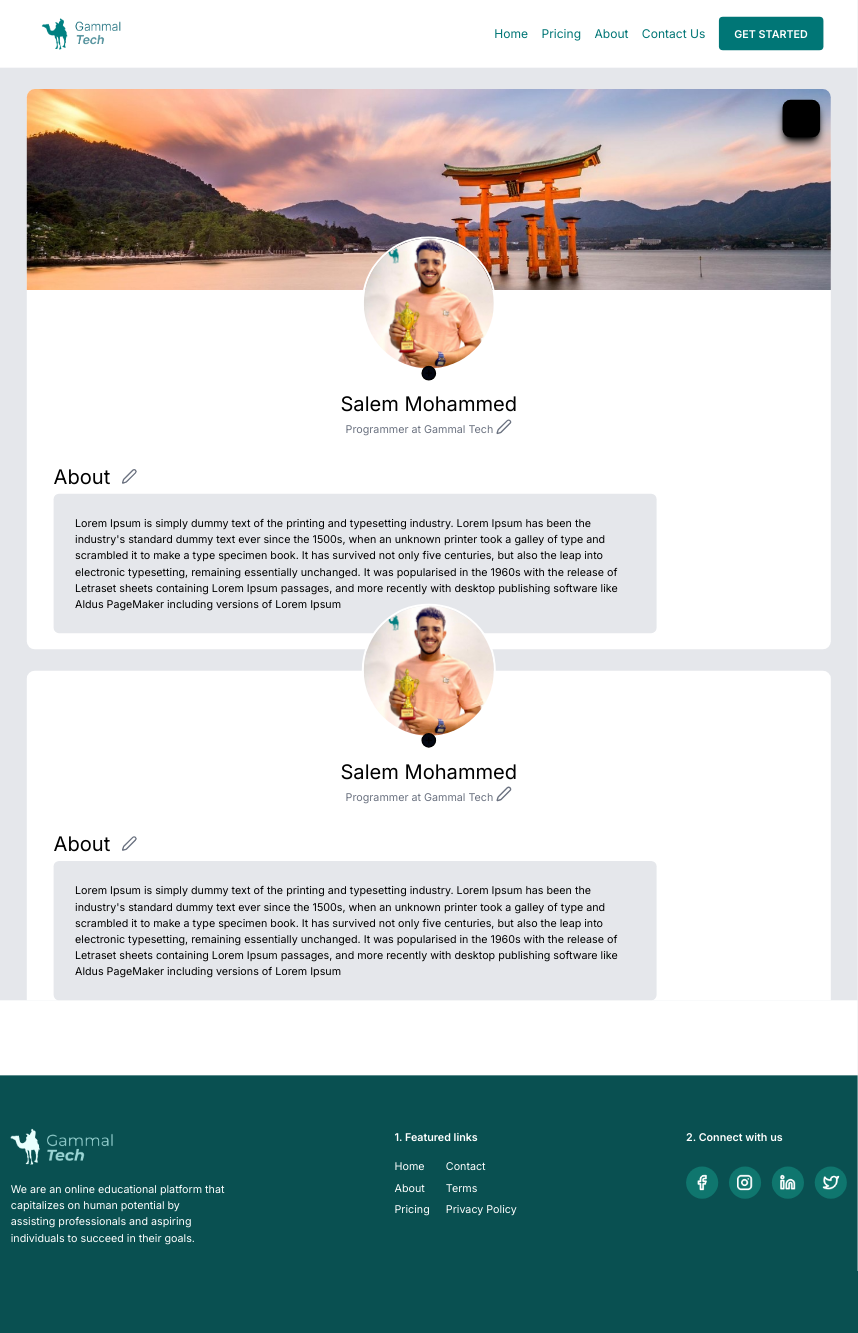
Repository: Ahmed77669/Internship-test
Page: /profile
These files come from the project's save history. The page is drawn as it stood at one moment and after the next save; the edit follows.
The browser window is 1280 px wide. The pictures show the whole page, at 67% of full size.
The page's requests for data from a server got no answer. The project was rebuilt for these pictures with package versions that can differ from the ones it lists, and the page was loaded fresh each time. The framework's server and built-in components were replaced by stand-ins that run in the browser. No one was signed in, and anything a server would have sent is missing. Also part of the build but not shown: next.config.mjs, components/Header/NavBarAuth.tsx.

Above is the page before, as saved 2024-10-25 20:13:08.

After the next save:
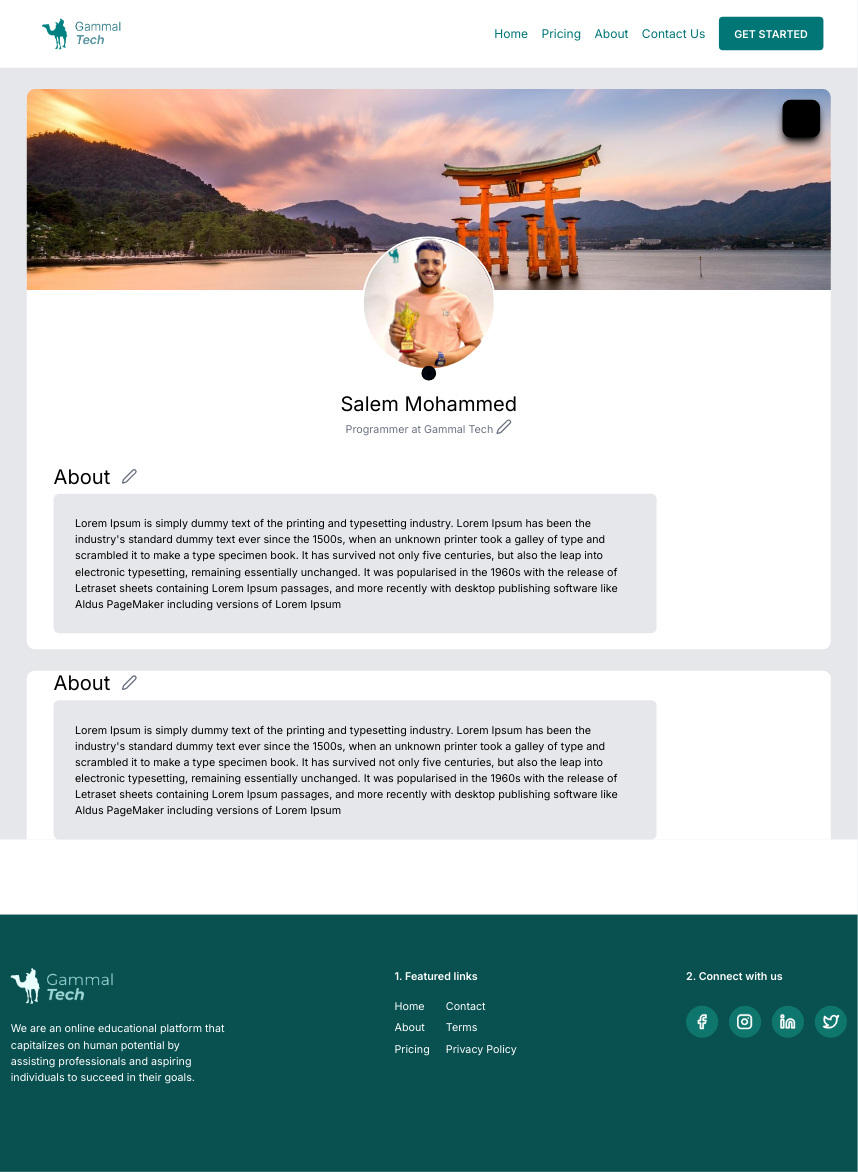
Saved 24 s later.
--- a/components/Profile/Profile.tsx
+++ b/components/Profile/Profile.tsx
@@ -70,30 +70,6 @@ const Profile = () => {
       <div className="flex justify-center container mx-auto">
         <div className="w-[1200px]  bg-white rounded-t-xl mt-8">
 
-
-          <div className="flex flex-col items-center -mt-[100px] mb-10">
-            <Image
-              src={selectedImage}
-              alt="Profile Avatar"
-              width={200}
-              height={200}
-              style={{
-                width: "200px",
-                height: "200px",
-                borderRadius: "300px",
-                objectFit: "cover",
-                border: "3px white solid",
-              }}
-            />
-            <PlusCircle className="relative -inset-y-2 fill-gray-950 " />
-            <p className="text-black text-3xl mt-2">Salem Mohammed</p>
-            <div className="flex">
-              <p className="text-gray-500 text-[16px] mt-2 mr-1">
-                Programmer at Gammal Tech
-              </p>
-              <Pen className="text-lg mt-1 text-gray-500 cursor-pointer" />
-            </div>
-          </div>
           <div className="flex">
             <div className="text-black text-3xl ml-10 mr-4 mb-2">About</div>
             <Pen className="text-lg mt-[6px]  text-gray-500 cursor-pointer" />
